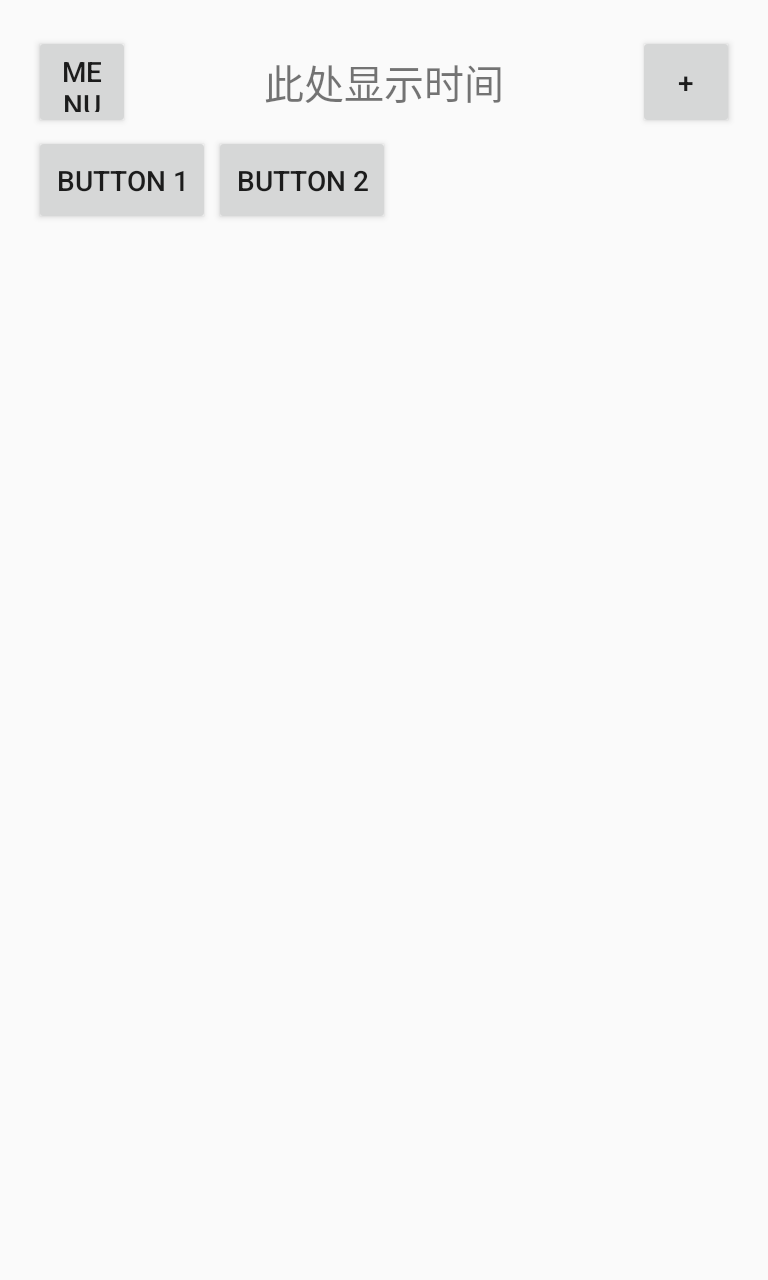
Repository: sh-zh-en/NBTodo
Layout: nbtodo/NBTodo/res/layout/activity_nbtodo_main.xml
An editor plug-in stored every save of this project. The layout is shown before and after the next save, followed by the edit.
It is drawn on a 768 x 1280 px phone screen (xhdpi) without system bars, with theme AppTheme; the app's code is not run.

Above is the layout before, as saved 2015-03-11 02:57:26.

### nbtodo/NBTodo/res/layout/activity_nbtodo_main.xml
<RelativeLayout xmlns:android="http://schemas.android.com/apk/res/android"
    xmlns:tools="http://schemas.android.com/tools"
    android:layout_width="match_parent"
    android:layout_height="match_parent"
    android:paddingBottom="@dimen/activity_vertical_margin"
    android:paddingLeft="@dimen/activity_horizontal_margin"
    android:paddingRight="@dimen/activity_horizontal_margin"
    android:paddingTop="@dimen/activity_vertical_margin"
    tools:context="com.nba.nbtodo.NBTodoMainActivity" >
    <FrameLayout
        android:id="@+id/FrameLayout_activity_main_first"
        android:layout_width="match_parent"
        android:layout_height="50dp"
        android:layout_gravity="bottom"
		android:weightSum="2"
        android:orientation="vertical" >
		<TextView
	        android:id="@+id/textview"
	        android:layout_width="match_parent"
	        android:layout_height="match_parent"
	        android:text="@string/show_time"
	        android:gravity="center"
		    android:textSize="20sp"
			/>
		<Button
	        android:id="@+id/button_task_menu"
	        android:layout_width="50dp"
	        android:layout_height="match_parent"
	        android:text="@string/task_menu"
	        />
		<Button
	        android:id="@+id/button_addition_task"
	        android:layout_width="50dp"
	        android:layout_height="match_parent"
		    android:layout_gravity="end"
	        android:text="@string/addition_task_button"
	        />
	</FrameLayout>
	<LinearLayout
	    android:id="@+id/LinearLayout_activity_main_first"
		android:layout_width="match_parent"
		android:layout_height="match_parent"
		android:layout_below="@id/FrameLayout_activity_main_first"
		android:orientation="horizontal" >

		<Button
		    android:id="@+id/button1"
		    android:layout_width="wrap_content"
		    android:layout_height="wrap_content"
		    android:text="Button 1" />

		<Button
		    android:id="@+id/button2"
		    android:layout_width="wrap_content"
		    android:layout_height="wrap_content"
		    android:text="Button 2" />

	</LinearLayout>



</RelativeLayout>

### nbtodo/NBTodo/res/values/strings.xml
<?xml version="1.0" encoding="utf-8"?>
<resources>

    <string name="app_name">NBTodo</string>
    <string name="hello_world">Hello world!</string>
    <string name="action_settings">Settings</string>


    <string name="activity_nbtodo_main_button01">添加任务</string>


    <string name="addition_task_layout_edittext01">请输入待办事项</string>
    <string name="addition_task_layout_radiobutton01">很重要-很紧急</string>
    <string name="addition_task_layout_radiobutton02">很重要-不紧急</string>
    <string name="addition_task_layout_radiobutton03">不重要-很紧急</string>
    <string name="addition_task_layout_radiobutton04">不重要-不紧急</string>
    <string name="addition_task_button">+</string>
    <string name="edit">></string>
    <string name="task_menu">menu</string>
    <string name="show_time">此处显示时间</string>





</resources>

Loaded but not shown: nbtodo/NBTodo/res/values/styles.xml (common file); nbtodo/NBTodo/res/values-v11/styles.xml (common file); nbtodo/NBTodo/res/values-v14/styles.xml (common file); nbtodo/NBTodo/res/values/dimens.xml (common file); nbtodo/NBTodo/res/values-w820dp/dimens.xml (common file)

After the next save:
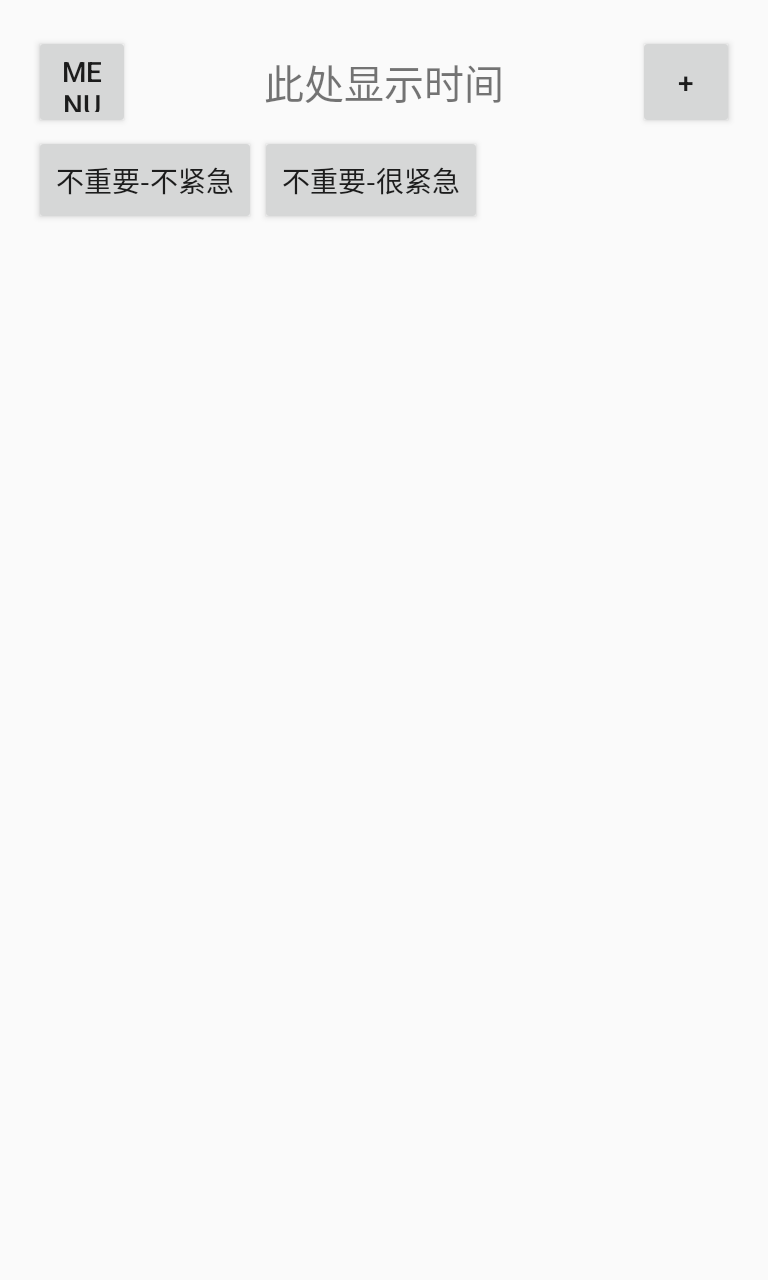
Saved 8 min 8 s later.
--- a/nbtodo/NBTodo/res/layout/activity_nbtodo_main.xml
+++ b/nbtodo/NBTodo/res/layout/activity_nbtodo_main.xml
@@ -47,16 +47,35 @@
 		    android:id="@+id/button1"
 		    android:layout_width="wrap_content"
 		    android:layout_height="wrap_content"
-		    android:text="Button 1" />
+		    android:text="@string/addition_task_layout_radiobutton04" />
 
 		<Button
 		    android:id="@+id/button2"
 		    android:layout_width="wrap_content"
 		    android:layout_height="wrap_content"
-		    android:text="Button 2" />
+		    android:text="@string/addition_task_layout_radiobutton03" />
+
+	</LinearLayout>
+	<LinearLayout
+	    android:id="@+id/LinearLayout_activity_main_second"
+		android:layout_width="match_parent"
+		android:layout_height="match_parent"
+		android:layout_below="@id/LinearLayout_activity_main_first"
+		android:orientation="horizontal" >
+
+		<Button
+		    android:id="@+id/button1"
+		    android:layout_width="wrap_content"
+		    android:layout_height="wrap_content"
+		    android:text="@string/addition_task_layout_radiobutton02" />
+
+		<Button
+		    android:id="@+id/button2"
+		    android:layout_width="wrap_content"
+		    android:layout_height="wrap_content"
+		    android:text="@string/addition_task_layout_radiobutton01" />
 
 	</LinearLayout>
 
 
-
 </RelativeLayout>
